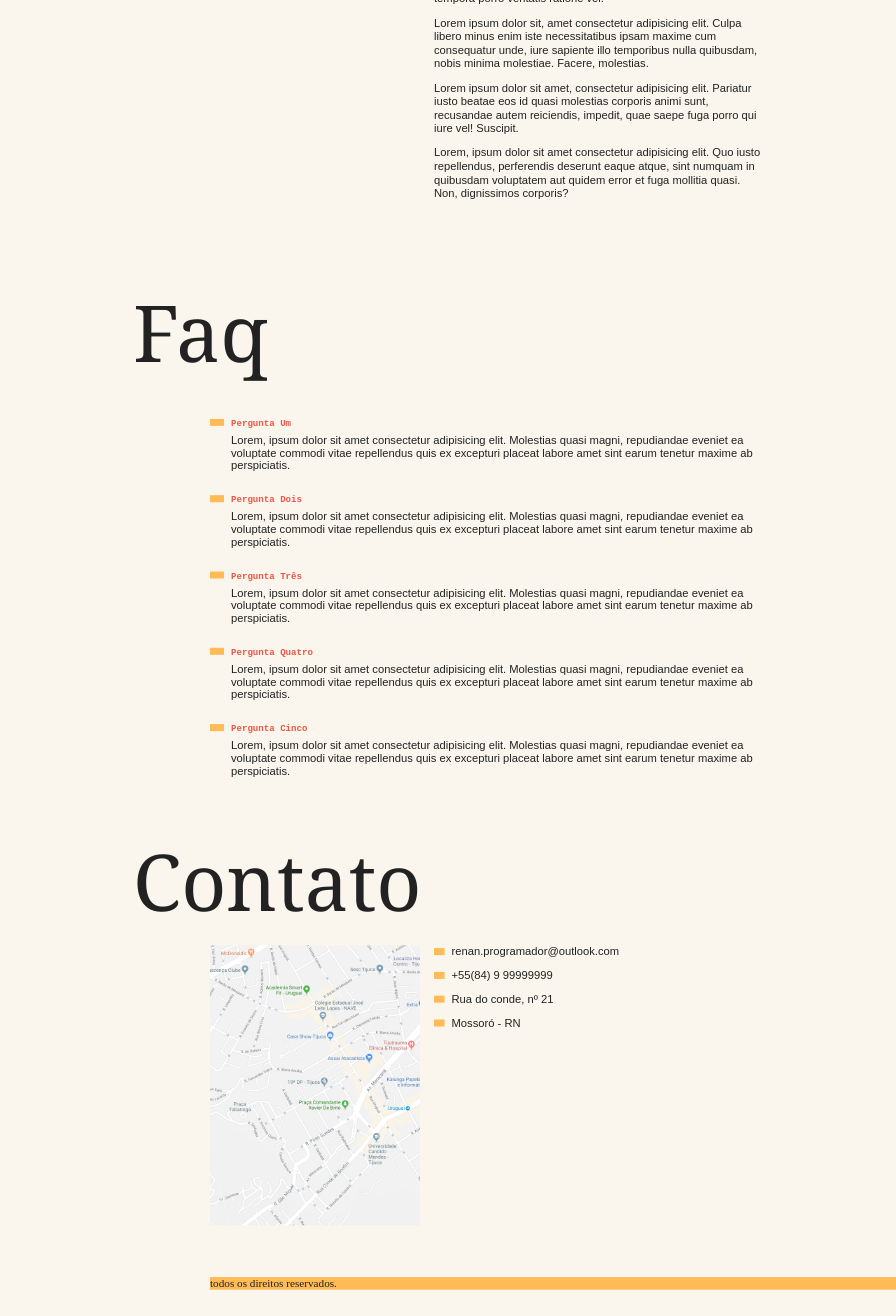
Repository: meiotera/animaisPagina
Page: index.html
These files come from the project's save history. The page is drawn as it stood at one moment and after the next save; the edit follows.
The browser window is 1280 px wide. The pictures show the part of the page from y = 2679 to 4599 px (the page is 4559 px tall before and 4599 px after), at 70% of full size.

Above is the page before, as saved 2025-05-03 07:13:13.

After the next save:
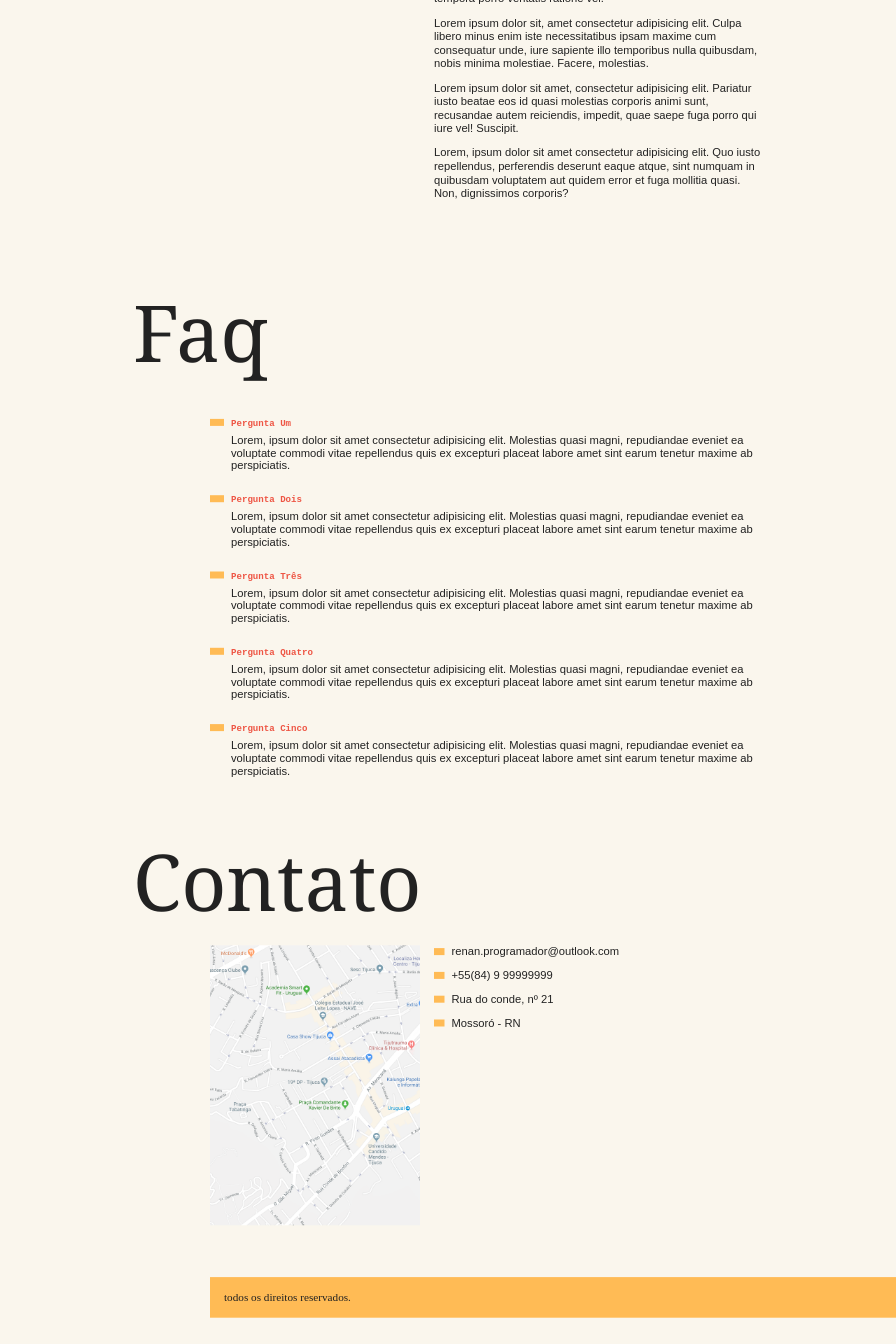
Saved 14 s later.
--- a/css/style.css
+++ b/css/style.css
@@ -183,3 +183,7 @@
   margin-bottom: 2rem;
   background-color: #fb5;
 }
+
+.copy p {
+  padding: 20px;
+}
